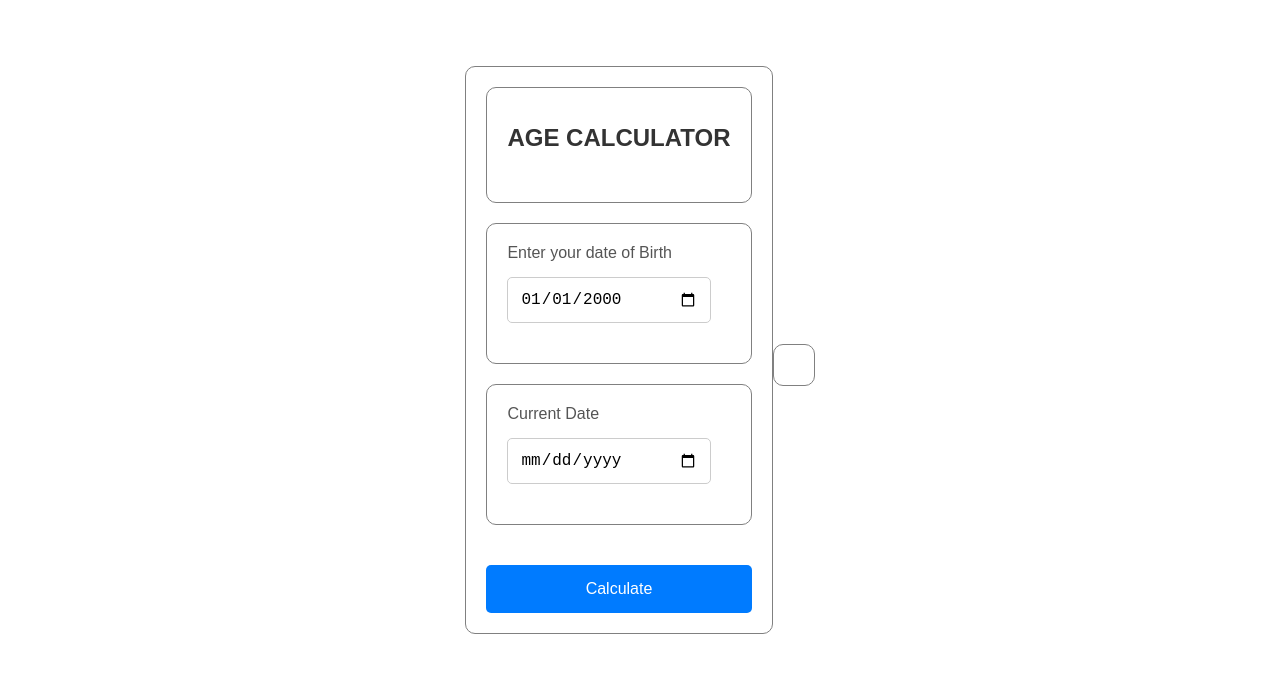
Repository: Femi007-gh/Calculator
Page: index.html
These files come from the project's save history. The page is drawn as it stood at one moment and after the next save; the edit follows.
The browser window is 1280 px wide. The pictures show the whole page.

Above is the page before, as saved 2025-03-27 19:00:47.

After the next save:
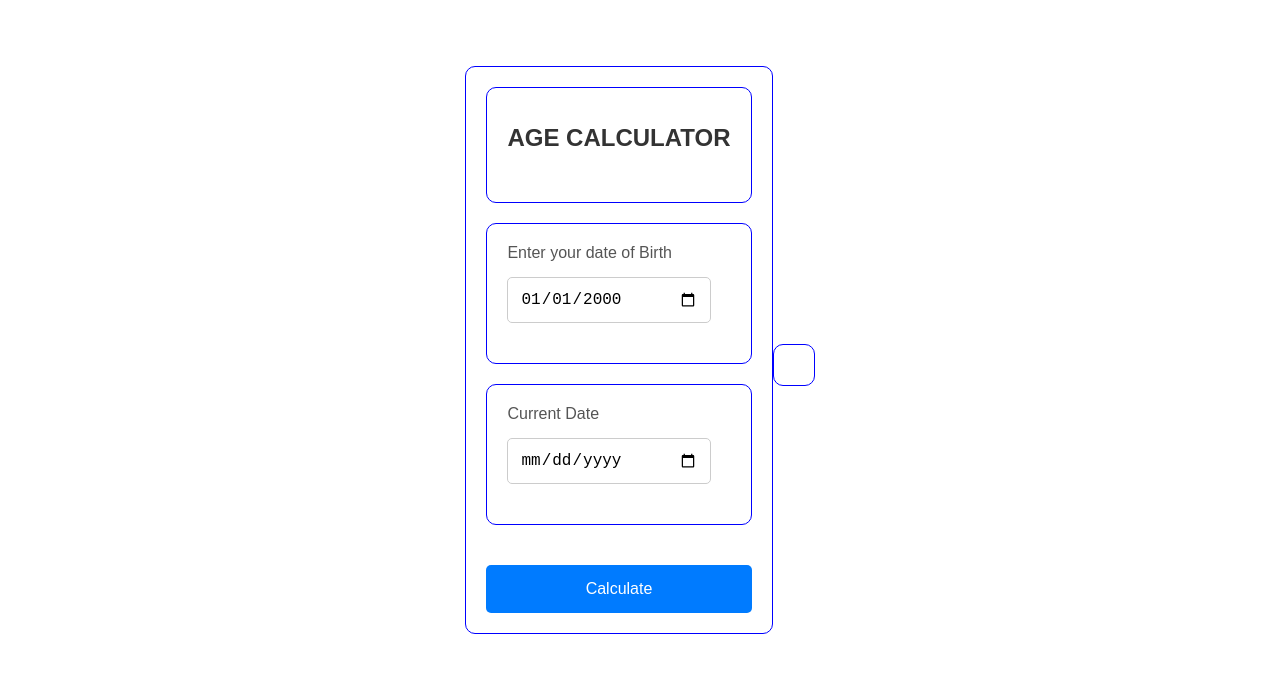
Saved 15 s later.
--- a/style.css
+++ b/style.css
@@ -8,7 +8,7 @@ body {
 }
 
 div {
-  border: 1px solid gray;
+  border: 1px solid blue;
   padding: 20px;
   border-radius: 10px;
   margin-bottom: 20px;
